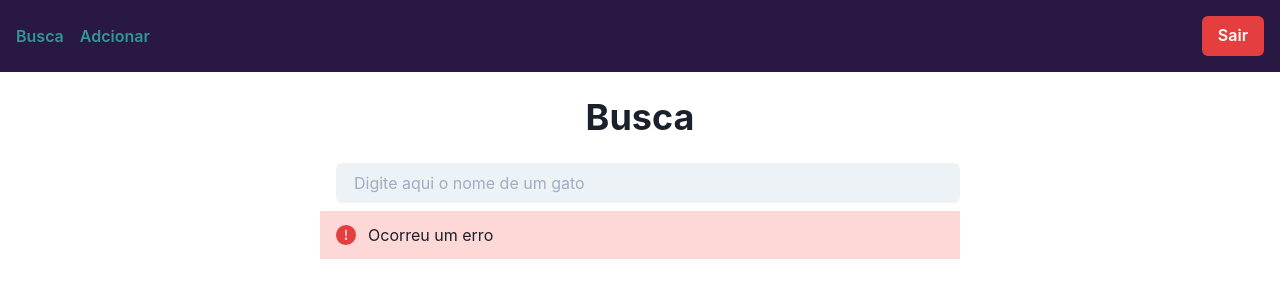
Repository: thislucasme/front-end-cats-react.js
Page: /
An editor plug-in stored every save of this project. The page is shown before and after the next save, followed by the edit.
The browser window is 1280 px wide. The pictures show the whole page.
The page's requests for data from a server got no answer. The project was rebuilt for these pictures with package versions that can differ from the ones it lists, and the page was loaded fresh each time. No one was signed in, and anything a server would have sent is missing. Also part of the build but not shown: src/components/Login.tsx, src/components/CadastroUsuarioGato.tsx, src/components/CadastroGatos.tsx.

Above is the page before, as saved 2021-11-01 14:02:27.

After the next save:
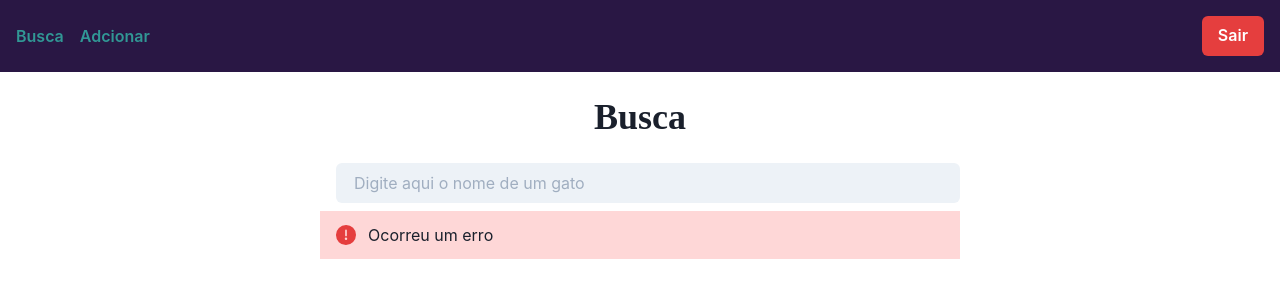
Saved 2 min 33 s later.
--- a/src/theme/theme.ts
+++ b/src/theme/theme.ts
@@ -1,7 +1,10 @@
 import { extendTheme } from '@chakra-ui/react';
 
 const theme = extendTheme({
-
+	fonts: {
+		heading: 'Montserrat',
+		body: 'Inter'
+	}
 });
 
 export default theme;

After the save that followed:
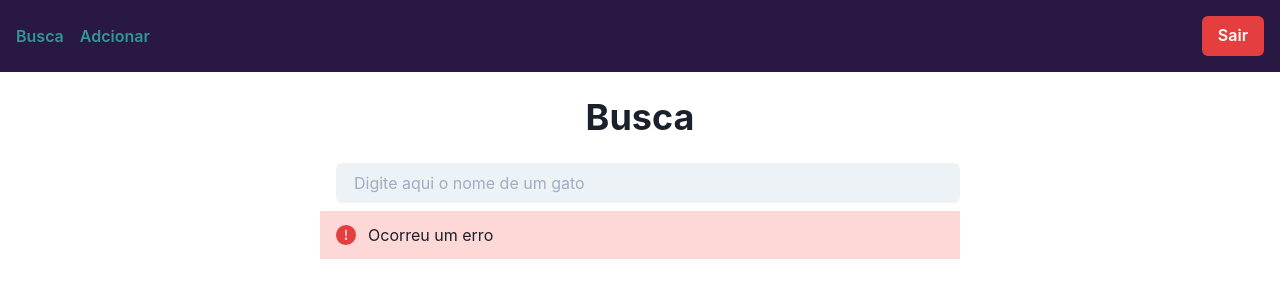
Saved 2 min 17 s later.
--- a/src/theme/theme.ts
+++ b/src/theme/theme.ts
@@ -1,9 +1,9 @@
-import { extendTheme } from '@chakra-ui/react';
+import { extendTheme, theme as base } from '@chakra-ui/react';
 
 const theme = extendTheme({
 	fonts: {
-		heading: 'Montserrat',
-		body: 'Inter'
+		heading: `Montserrat, ${base.fonts?.heading}`,
+		body: `Inter, ${base.fonts?.body}`
 	}
 });
 
